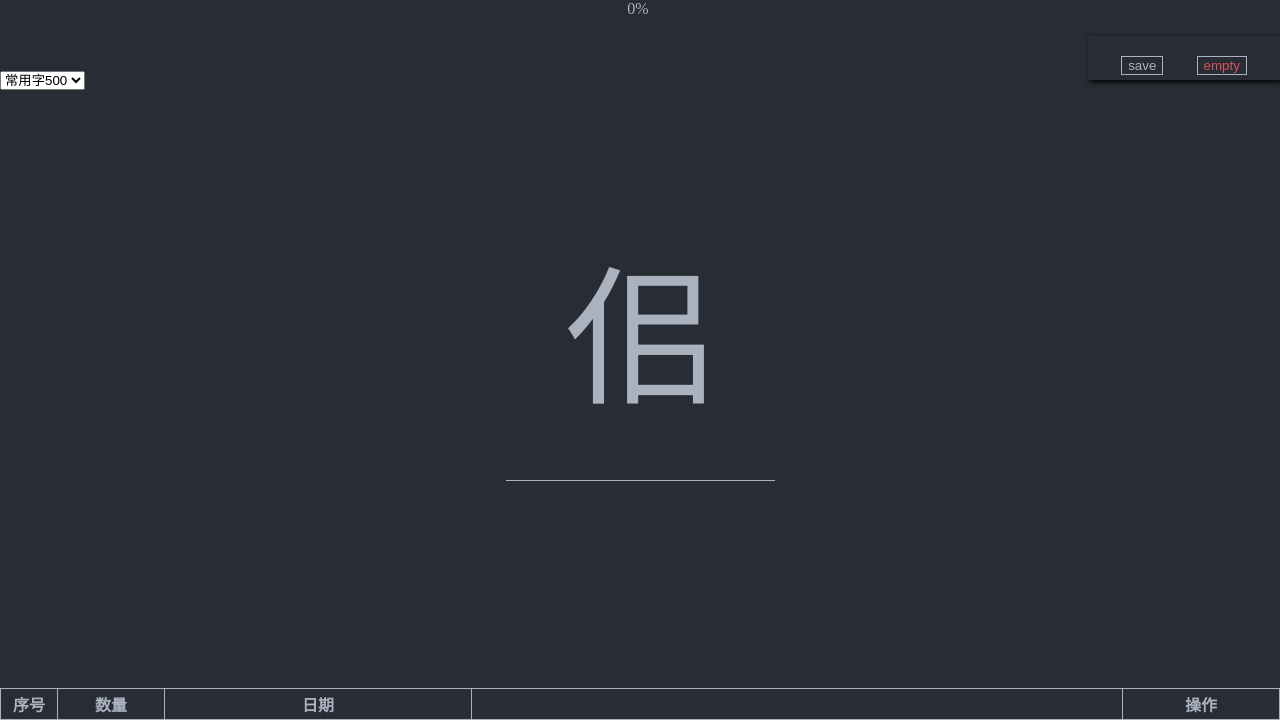
Repository: KR673/wsHone
Page: main.html
The author's editor kept a copy of each file at every save. The page is drawn from the files as they stood at one save, then again after the next save.
The browser window is 1280 px wide. The pictures show the whole page.
Some web fonts or font styles are not loaded; a fallback is used.

Above is the page before, as saved 2023-01-30 22:35:39.

### main.html
<!DOCTYPE html>
<html lang="en">

<head>
    <meta charset="UTF-8">
    <meta name="viewport" content="width=device-width, initial-scale=1.0">
    <title>Document</title>

    <link rel="stylesheet" href="./static/css/main.css">
</head>

<body>
    <div>
        <div id="process">
            <div class="process-color"></div>
            <span>0%</span>
        </div>
    </div>
    <div>
        <select>
            <option value="frequently500">常用字500</option>
            <option value="hanziRoot">字根练习</option>
        </select>
    </div>
    <div class="input-content hanzi-root">
        <div id="word" class="content"></div>
        <div class="content">
            <input id="input" class="input"></input>
            <p id="key" hidden></p>
        </div>
    </div>
    <div class="fault-content hanzi-root">
        <div id="one-key" class="key-num">
            <span>1</span>
            <div class="area"></div>
        </div>
        <div id="two-key" class="key-num">
            <span>2</span>
            <div class="area"></div>
        </div>
        <div id="three-key" class="key-num">
            <span>3</span>
            <div class="area"></div>
        </div>
        <div id="four-key" class="key-num">
            <span>4</span>
            <div class="area"></div>
        </div>
        <div class="button-container fault-content-button-container">
            <button id="fault-save">save</button>
            <button id="fault-empty">empty</button>
        </div>
    </div>
    <div class="type-history">
        <table class="history-table"></table>
    </div>
    <script src="./lib/jquery-3.5.1.min.js"></script>
    <script src="./pythonScript/tempData.js"></script>
    <script src="./pythonScript/hanZiRoot.js"></script>
    <script src="./static/js/main.js"></script>

</body>

</html>

### static/css/main.css
html,body{
    height: 100%;
    background-color: #282c34;
    margin:0px
}
#word{
    color: #abb2bf;
    font-size: 150px;
    font-weight: 500;
}
.type-error{
    color: #d6545f !important;
}
.content{
    text-align: center;
}
.input-content{
    height: auto;
    margin-top: 10%;
}
.input-content .input{
    background-color: #282c34;
    border: 0px;
    border-bottom: 1px solid #abb2bf;
    margin-top: 20px;
    color: #abb2bf;
    text-align: center;
    font-size: 20px;
}

.input-content .input:focus{
    outline: none;
    border: 0px;
    border-bottom: 1px solid #abb2bf;
}
#key{
    color: #d6545f;
    font-size: 20px;
}

.fault-content{
    height: auto;
    width: 15%;
    background-color: #282c34;
    color: #abb2bf;
    position: absolute;
    right: 0px;
    top: 5%;
    display: flex;
    flex-wrap: nowrap;
    justify-content: space-around;
    flex-direction: column;
    box-shadow:2px 2px 5px #000;;
}
.key-num{
    display: flex;
}
.key-num span{
    /* background-color: #8BC34A; */
    height: 100%;
    transform: translateY(35%);
    padding-right: 1em;
    display: none;
}
.key-num div{
    flex:25% 1 1;
    /* border-bottom: 1px slategray solid; */
    letter-spacing: 2px;
    padding: 0px 10px 0px 10px;
}
/* .key-num span, .key-num div{
    float: left;
} */
#process{
    margin-bottom: 50px;
    width: 100%;
}
#process .process-color{
    height: 21px;
    width: 0%;
    background-color: #8BC34A;
}
#process span{
    position: absolute;
    left: 49%;
    top: 0px;
    color:#abb2bf;
}
.type-history{
    width: 100%;
    position: absolute;
    bottom: 0;
    color: #abb2bf;
}
.history-table{
    width: 100%;
    text-align: center;
    border: 1px solid;
    border-collapse: collapse;
    table-layout: fixed;
}
.history-table td, .history-table th{
    border: 1px solid;
    padding: 3px;
}
.button-container{
    display: flex;
    justify-content: space-evenly;
}
button{
    background-color: #282c34;
    border: 1px solid #abb2bf;
    color: #abb2bf;
    cursor: pointer;
}
button:hover{
    background-color: #abb2bf;
    color: #282c34;
}
.history-del, #fault-empty{
    color: #d6545f;
}
.fault-content-button-container{
    margin: 20px 0 5px 0;
}

@font-face{
    font-family: "HanZiRootFont";
    font-style: normal;
    font-weight: 400;
    src: url("../font/HanZiRootFont.woff2") format("woff2"), url("../font/HanZiRootFont.ttf") format("ttf");
}

.hanzi-root{
    font-family: HanZiRootFont;
}
#source-change{
    text-align: center;
}
#source-change select{
    background-color: #f0f8ff00;
    color: #abb2bf;
}

### static/js/main.js
var pageData = {
    data:{},
    dataCount:0,
    fault : {},
    countMapToId : {},
    dataError : {},
}

class DataErr{

    constructor(data){
        this.dateTime = new Date();
        this.data = data;
        this.count = data?.length;
    }

    // save data to local
    save(){
        if(!this.data || this.data.length <= 0){
            return
        }

        var dataList = this.getAll()

        // limit maximum capacity
        if(dataList.length == 15){
            dataList.splice(0, 1)
        }

        dataList.push(this)
        localStorage['errorList'] = JSON.stringify(dataList)
        randerHistoryList()
    }

    // get the wrong data before
    getAll(){
        var dataList = localStorage['errorList']
        if(!dataList){
            dataList = new Array()
        }else{
            dataList = JSON.parse(dataList)
        }
        return dataList
    }

    getByIndex(index){
        var dataAll = this.getAll()
        if(dataAll && dataAll.length > 0){
            return dataAll[index]
        }else{
            return new Array()
        }
    }

    deleteByIndex(index){
        var dataAll = this.getAll()
        if(dataAll && dataAll.length > 0){
            dataAll.splice(index, 1)
            localStorage['errorList'] = JSON.stringify(dataAll)
            randerHistoryList()
        }
    }
}

init(hanZiRoot)

function init(dataAccept){

    var allData = dataAccept || dataSource
    var arr = new Array()

    $.each(allData, function(index, n){
        arr.push(n)
    })

    pageData.data = arr
    pageData.dataCount = pageData.data.length

    pageData.fault = {
        'one-key' : [],
        'two-key' : [],
        'three-key' : [],
        'four-key' : []
    }

    var countMapToId = pageData.countMapToId = new Map()
    countMapToId.set(1, 'one-key')
    countMapToId.set(2, 'two-key')
    countMapToId.set(3, 'three-key')
    countMapToId.set(4, 'four-key')

    pageData.dataError = new Array()
    wordInput()
    randerHistoryList()
    initFaultConut()
    initInput()
    processEdit(0)
}

function randerHistoryList(){
    var dataErr= new DataErr()
    var typeHistoryList = dataErr.getAll()
    if(typeHistoryList){
        var tableHtml = '<tr>'+
                            '<th style="width:50px">序号</th>'+
                            '<th style="width:100px">数量</th>'+
                            '<th style="width:300px">日期</th>'+
                            '<th></th>'+
                            '<th style="width:150px">操作</th>'+
                        '</tr>'
        $.each(typeHistoryList, function (index , n){
            tableHtml += "<tr>"
            tableHtml += '<td>' + index + '</td>'
            tableHtml += '<td>' + n.count + '</td>'
            tableHtml += '<td>' + n.dateTime+ '</td>'
            tableHtml += '<td></td>'
            tableHtml += '<td class="history-option button-container">' +
                            '<button class="history-load" onclick=historyLoad('+index+')>练习</button>'+
                            '<button class="history-del" onclick=historyDelete('+index+')>删除</button>'+
                        '</td>'
            tableHtml += '</tr>'
        })
        $('.history-table').empty();
        $('.history-table').append(tableHtml)
    }
}

function historyLoad(index){
    var dataErr= new DataErr()
    var dataAll = dataErr.getAll()
    var dataTarget = dataAll[index]
    init(dataTarget.data)
}
function historyDelete(index){
    var dataErr= new DataErr()
    var dataAll = dataErr.deleteByIndex(index)
}
function wordInput() {
    var $word = $('#word')
    var indexPre = $word.attr('data-index')
    var count = pageData.data.length
    var index = Math.floor(Math.random() * count)

    // 保证相邻的两个不同
    if(indexPre == index){
        index = index < (count - 1) ? index + 1 : index - 1
    }
    if(count <= 1){
        index = 0
    }

    var wordInfo = pageData.data[index]
    // data.splice(index, 1)
    $word.text(wordInfo.word)
    $('#key').text(wordInfo.key)
    $word.attr('data-key', wordInfo.key)
    $word.attr('data-index', index)
    $('#input').val('')
}

$('body').on('keydown', function(event){
    if(event.keyCode == 27){
        $('#input').val("")
        $('#input').focus()
        return;
    }
})
var $word = $('#word')
$('#input').on('keydown', function (event) {
    var keyValue = event.keyCode

    var determain_num =  (keyValue >= 49 && keyValue <= 57)
    var determain_symbol = (keyValue == 186 || keyValue == 222)
    var determain_space = (keyValue == 32)

    if(keyValue == 27){
        $('#input').val("")
        return;
    }
    if(determain_num || determain_symbol || determain_space){

        if(pageData.data.length == 0){
            return;
        }

        if($(this).val() == $('#word').attr('data-key')){
            inputRight()
            if(pageData.data.length == 0){
                return;
            }
            wordInput()
        }else{
            inputFault()
            $(this).val('')
        }
        return false;
    }else{
        return;
    }
});

$('#fault-save').on('click', function(){
    faultSave()
})

function initInput(){
    $('#word').attr('class', 'content')
    $('#key').hide()
}

function processEdit(num){
    var percent = num + '%'
    $('.process-color').css('width', percent)
    $('#process span').text(percent)
}

function inputRight() {
    var data = pageData.data
    data.splice(parseInt($word.attr('data-index')),1)
    var percent  = ((1 - (data.length / pageData.dataCount)) * 100).toFixed(1)
    processEdit(percent)
    initInput()
}

function inputFault(){
    $('#word').attr('class', 'content type-error')
    addWordToFault()
    $('#key').show()
}


// 输入错误时, 记录其到对应的数据集中
function addWordToFault(){
    var $word = $('#word')
    var data = pageData.data
    var fault = pageData.fault

    let countOfKey = $word.attr('data-key').length
    var dataOfFault = data[parseInt($word.attr('data-index'))]
    var contentOfFault = fault[pageData.countMapToId.get(countOfKey)]
    if(contentOfFault && contentOfFault.indexOf(dataOfFault) < 0){
        contentOfFault.push(dataOfFault)
        pageData.dataError.push(dataOfFault)
    }
    initFaultConut()
}

//  刷新错误内容
function initFaultConut() {

    var fault = pageData.fault

    $.each($('.key-num'), function (i,n) {
        var id = $(this).attr('id')
        var dataOfFault = fault[id]
        var allWord = ''
        if(dataOfFault && dataOfFault.length > 0){
            $.each(dataOfFault, function (index, d) {
                allWord = allWord + d.word
            })
        }
        $(this).find('.area').text(allWord)
    })
}

function faultSave(){
    var dataLog = new DataErr(pageData.dataError)
    dataLog.save()
}

Loaded but not shown: lib/jquery-3.5.1.min.js (library); pythonScript/tempData.js (2001 lines, source omitted); pythonScript/hanZiRoot.js (957 lines, source omitted)

After the next save:
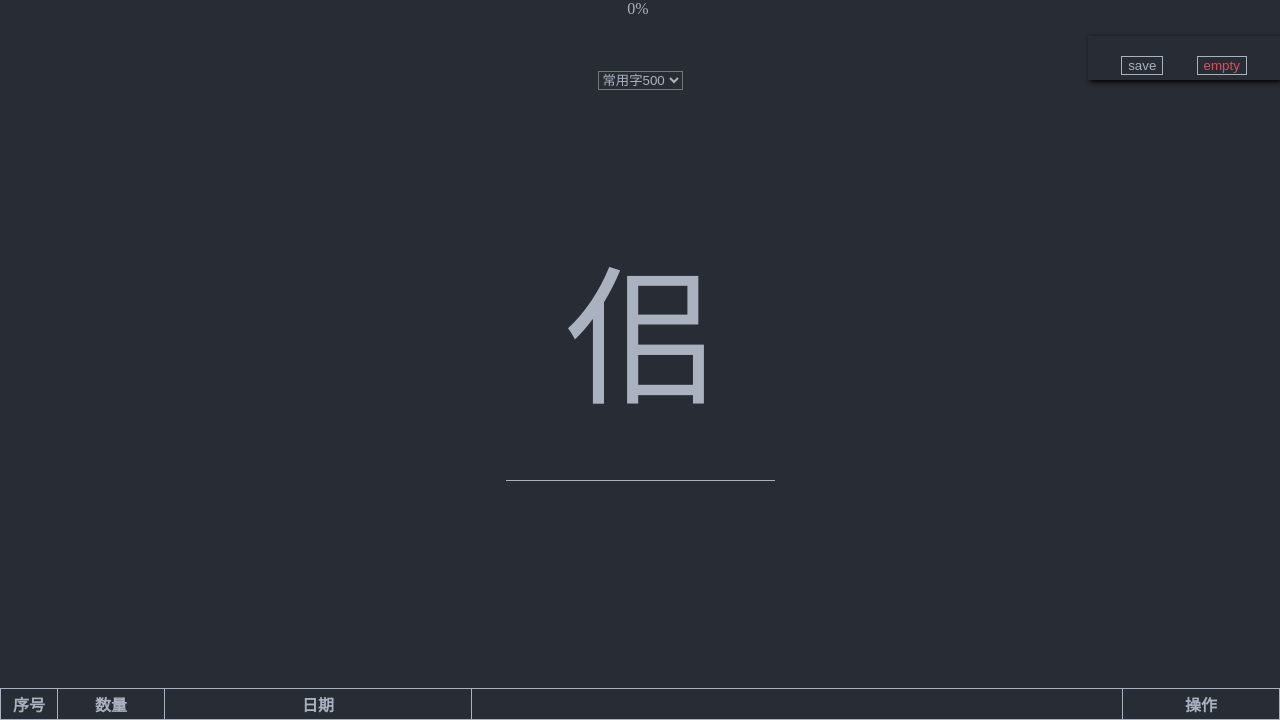
Saved 3 s later.
--- a/main.html
+++ b/main.html
@@ -16,7 +16,7 @@
             <span>0%</span>
         </div>
     </div>
-    <div>
+    <div id="source-change">
         <select>
             <option value="frequently500">常用字500</option>
             <option value="hanziRoot">字根练习</option>

After the 2 saves that followed:
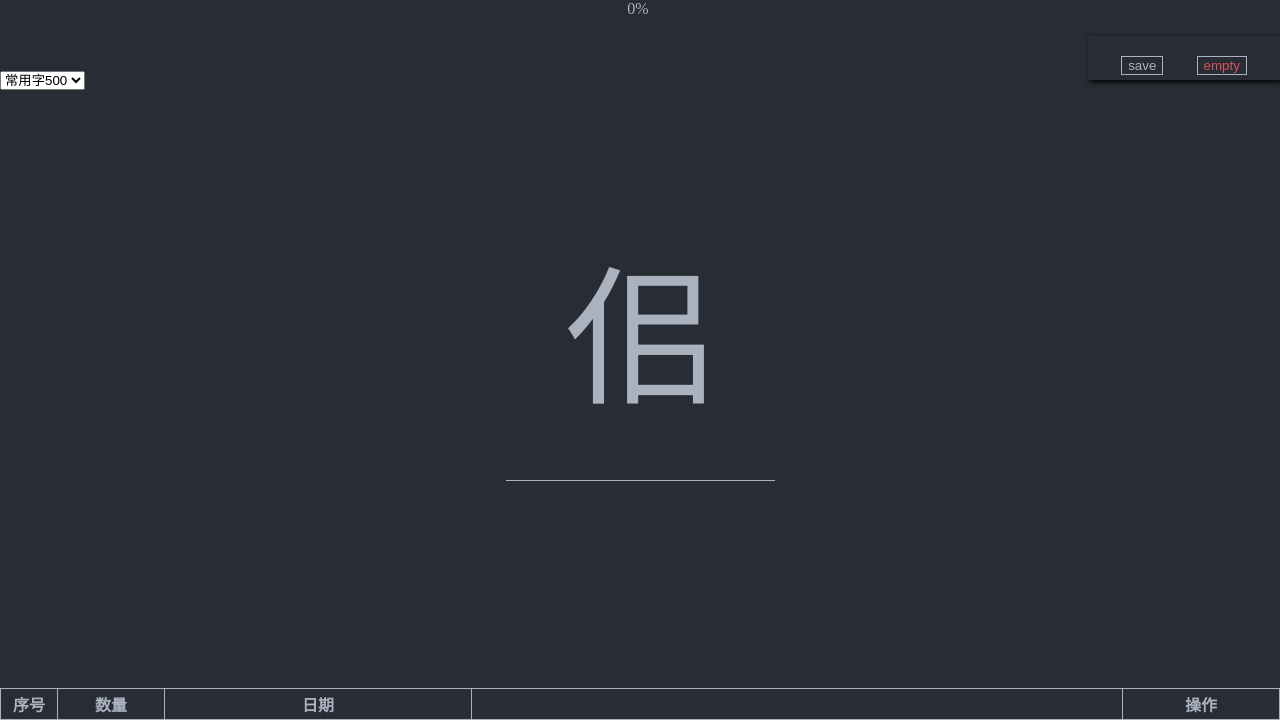
The 2 saves are shown as one change because they came seconds apart.
The last was saved 2 min 4 s later.
--- a/static/css/main.css
+++ b/static/css/main.css
@@ -134,10 +134,10 @@ button:hover{
 .hanzi-root{
     font-family: HanZiRootFont;
 }
-#source-change{
+#source-change-container{
     text-align: center;
 }
-#source-change select{
+#source-change{
     background-color: #f0f8ff00;
     color: #abb2bf;
 }
